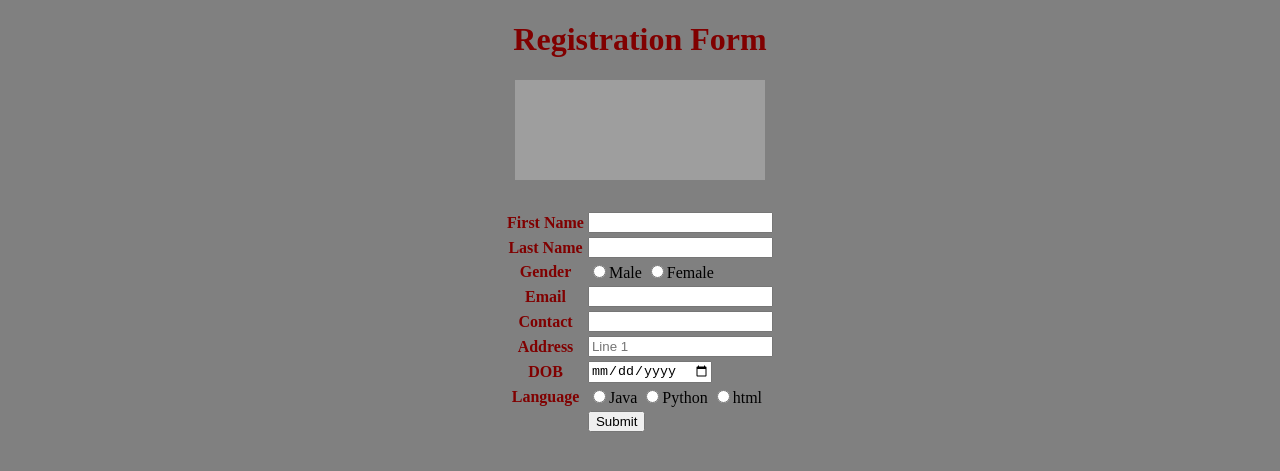
Repository: raviraj226/AdvanceJava
Page: http://localhost/Ravi_Maven/RegistrationForm.jsp
An editor plug-in stored every save of this project. The page is shown before and after the next save, followed by the edit.
The browser window is 1280 px wide. The pictures show the whole page.
Pictures or frames that could not be fetched are drawn as grey boxes. The page is served by Tomcat 9. Other server files are loaded and not shown.

Above is the page before, as saved 2022-03-16 08:37:43.

### Advance Java/Ravi_Maven/src/main/webapp/RegistrationForm.jsp
<%@ page language="java" contentType="text/html; charset=ISO-8859-1"
	pageEncoding="ISO-8859-1"%>
<!DOCTYPE html>
<html>
<head>
<meta charset="ISO-8859-1">
<title>Insert title here</title>
</head>
<body bgcolor="grey">
	<h1 align="center" style="color: maroon;">Registration Form</h1>
	<h1 align="center">
		<img src="D:\Learning Java\UI\download.png" width="250px"
			height="100px">
	</h1>
	<form action="RegistrationSubmit.jsp" method="post">
		<table align="center">
			<tr>
				<th><label for="fName" style="color: maroon;">First
						Name</label></th>
				<td><input id="fname" type="text" name="fname"></td>
			</tr>
			<tr>
				<th><label for="fName" style="color: maroon;">Last Name</label></th>
				<td><input id="fname" type="text" name="lname"></td>
			</tr>
			<tr>
				<th><label for="gender" style="color: maroon;">Gender</label> </th>
				<td><input type="radio" name="gender" value="male">Male
					<input type="radio" name="gender" value="female">Female</td>
			</tr>
			<tr>
				<th><label for="email" style="color: maroon;">Email</label></th>
				<td><input type="email" name="email"></td>
			</tr>
			<tr>
				<th><label for="fName" style="color: maroon;">Contact</label></th>
				<td><input type="number" name="contact"></td>
			</tr>
			<tr>
				<th><label for="fName" style="color: maroon;">Address</label></th>
				<td><input type="text" placeholder="Line 1" name="add"></td>
			</tr>
			<tr>
				<th><label for="fName" style="color: maroon;">DOB</label></th>
				<td><input type="date" name="dob"></td>
			</tr>
			<tr>
				<th><label for="fName" style="color: maroon;">Language</label>
				</th>
				<td><input type="radio" name="java">Java <input
					type="radio" name="java">Python <input type="radio"
					name="html">html</td>
			</tr>
			<tr>
				<th></th>
				<td><input type="SUBMIT" name="USER" value="Submit"></input></td>
			</tr>
		</table>
	</form>
</body>
</html>

After the next save:
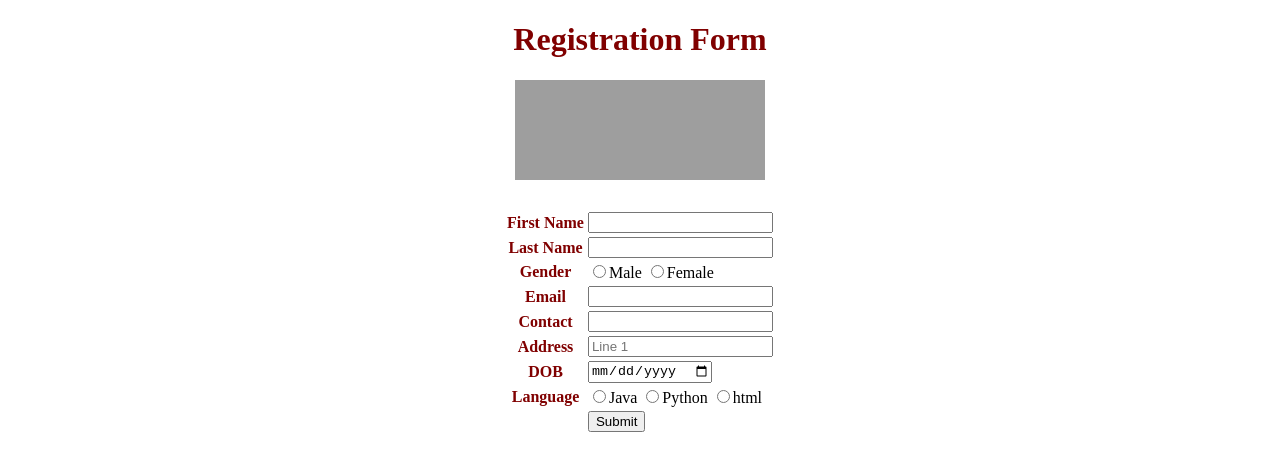
Saved 65 s later.
--- a/Advance Java/Ravi_Maven/src/main/webapp/RegistrationForm.jsp
+++ b/Advance Java/Ravi_Maven/src/main/webapp/RegistrationForm.jsp
@@ -6,7 +6,7 @@
 <meta charset="ISO-8859-1">
 <title>Insert title here</title>
 </head>
-<body bgcolor="grey">
+<body bgcolor="white">
 	<h1 align="center" style="color: maroon;">Registration Form</h1>
 	<h1 align="center">
 		<img src="D:\Learning Java\UI\download.png" width="250px"
